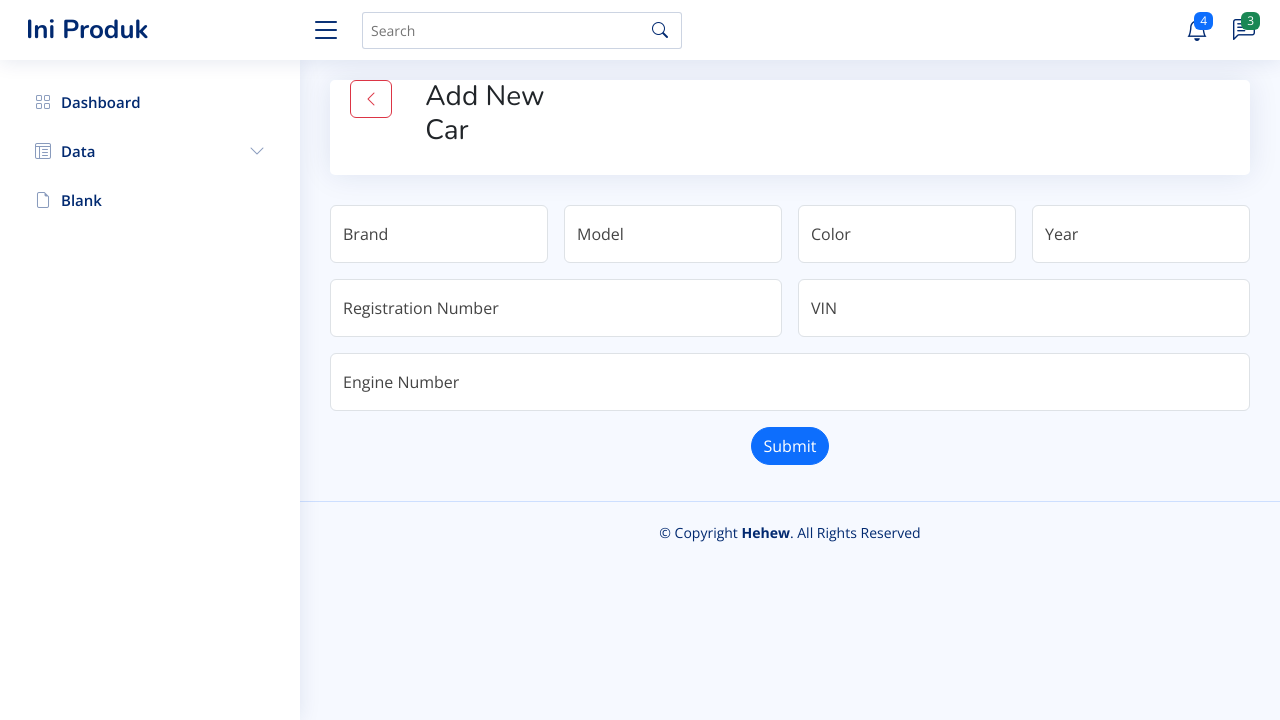
Repository: Jistoper/car_rental
Page: http://localhost/create
The author's editor kept a copy of each file at every save. The page is drawn from the files as they stood at one save, then again after the next save.
The browser window is 1280 px wide. The pictures show the whole page.
The page is served by the project's Laravel application, run on PHP 8.4 with Laravel 9. Other server files are loaded and not shown.

Above is the page before, as saved 2023-06-25 15:18:27.

### routes/web.php
<?php

use Illuminate\Support\Facades\Route;
use App\Http\Controllers\carcontroller;

/*
|--------------------------------------------------------------------------
| Web Routes
|--------------------------------------------------------------------------
|
| Here is where you can register web routes for your application. These
| routes are loaded by the RouteServiceProvider within a group which
| contains the "web" middleware group. Now create something great!
|
*/

Route::get('/dashboard', function () {
    return view('backsite.dashboard');
})->name('dashboard');

Route::controller(CarController::class)->as('car.')->group(function(){
    Route::get('/car', 'getall')->name('getall');
    Route::get('/create', 'create')->name('create');
    Route::post('/create', 'storeCar')->name('store');
    Route::get('/edit', 'editView')->name('edit');
    Route::post('/edit', 'storeEdit')->name('storeEdit');
    Route::delete('/{$car_id}', 'delete')->name('delete');

    Route::get('/rent', 'getList')->name('getList');
    Route::get('/rent_car', 'rentView')->name('rentView');
    Route::post('/car/rent/{$car_id}', 'storeRent')->name('storeRent');
});

### app/Http/Controllers/carcontroller.php
<?php

namespace App\Http\Controllers;

use Illuminate\Http\Request;
use Illuminate\Support\Facades\Http;
use Illuminate\Support\Facades\View;


class CarController extends Controller
{
    // Start Car Data---------------------------------------------------------------------------------------
    public function getall()
    {
        $response = Http::get('http://localhost:8080/api/cars');
        $cars = json_decode($response, true);

        return view('backsite.content.car.cartable', ['Cars' => $cars['Cars']]);
    }

    public function create()
    {
        return view('backsite.content.car.createcar');
    }

    public function storeCar(Request $request)
    {
        $data = [
            "brand" => $request->brand,
            "model" => $request->model,
            "year" => intval($request->year),
            "registration_number" => $request->registration_number,
            "vin" => $request->vin,
            "engine_number" => $request->engine_number,
            "color" => $request->color,
            "is_available" => true
        ];

        $token = "eyJhbGciOiJIUzI1NiIsInR5cCI6IkpXVCJ9.eyJleHAiOjE2ODkxNjgwMjMsInN1YiI6InRlc3QxMiJ9.-ezLSqJzIuUbum_p1NXeInNHkG953SP_4fMdbOgrlUo"; // Replace with your actual auth token

        $response = Http::withHeaders([
            "Authorization" => "Bearer " . $token,
            "Content-Type" => "application/json",
        ])->post('http://localhost:8080/api/cars', $data);

        return redirect()->route('car.getall');
    }

    public function editView(Request $request)
    {
        $data = [
            "car_id" => $request->car_id,
            "brand" => $request->brand,
            "model" => $request->model,
            "year" => $request->year,
            "registration_number" => $request->registration_number,
            "vin" => $request->vin,
            "engine_number" => $request->engine_number,
            "color" => $request->color,
        ];

        return view('backsite.content.car.editcar')->with('data', $data);
    }

    public function storeEdit(Request $request)
    {
        $car_id = $request->input('car_id');

        $data = [
            "brand" => $request->brand,
            "model" => $request->model,
            "year" => intval($request->year),
            "registration_number" => $request->registration_number,
            "vin" => $request->vin,
            "engine_number" => $request->engine_number,
            "color" => $request->color,
            "is_available" => true
        ];

        $token = "eyJhbGciOiJIUzI1NiIsInR5cCI6IkpXVCJ9.eyJleHAiOjE2ODkxNjgwMjMsInN1YiI6InRlc3QxMiJ9.-ezLSqJzIuUbum_p1NXeInNHkG953SP_4fMdbOgrlUo"; // Replace with your actual auth token

        $response = Http::withHeaders([
            "Authorization" => "Bearer " . $token,
            "Content-Type" => "application/json",
        ])->put('http://localhost:8080/api/cars/' . $car_id, $data);

        return redirect()->route('car.getall');
    }

    public function delete(Request $request)
    {
        $car_id = $request->input('car_id');

        $data = [
            "id" => $car_id,
        ];

        $token = "eyJhbGciOiJIUzI1NiIsInR5cCI6IkpXVCJ9.eyJleHAiOjE2ODkxNjgwMjMsInN1YiI6InRlc3QxMiJ9.-ezLSqJzIuUbum_p1NXeInNHkG953SP_4fMdbOgrlUo";

        $response = Http::withHeaders([
            "Authorization" => "Bearer " . $token,
            "Content-Type" => "application/json",
        ])->delete('http://localhost:8080/api/cars', $data);

        return redirect()->back()->with('success', 'Car data deleted successfully.');
    }
    // End Car Data

    // Start Rent Data----------------------------------------------------------------------------------
    public function getList()
    {
        $response = Http::get('http://localhost:8080/api/cars');
        $cars = json_decode($response, true);

        return view('backsite.content.rent.renttable', ['Cars' => $cars['Cars']]);
    }

    public function rentView(Request $request)
    {
        $data = [
            "car_id" => $request->car_id,
            "brand" => $request->brand,
            "model" => $request->model,
            "registration_number" => $request->registration_number,
            "color" => $request->color,
        ];

        return view('backsite.content.rent.createrent')->with('data', $data);
    }

    public function storeRent(Request $request)
    {
        $data = [
            "user_id" => 2,
            "car_id" => $request->input('car_id'),
            "usage_region" => $request->usage_region,
            "rental_date" => $request->registration_number,
            "return_date" => $request->vin,
            "total_price" => $request->total_price,
            "is_completed" => false
        ];

        $token = "eyJhbGciOiJIUzI1NiIsInR5cCI6IkpXVCJ9.eyJleHAiOjE2ODkxNjgwMjMsInN1YiI6InRlc3QxMiJ9.-ezLSqJzIuUbum_p1NXeInNHkG953SP_4fMdbOgrlUo"; // Replace with your actual auth token

        $response = Http::withHeaders([
            "Authorization" => "Bearer " . $token,
            "Content-Type" => "application/json",
        ])->put('http://localhost:8080/api/cars/' . $car_id, $data);

        return redirect()->route('car.getlist');
    }
    // End Rent Data
}

### resources/views/backsite/content/car/createcar.blade.php
@extends('backsite.dashboard')

@section('content')

<div>
    <div class="card">
      <div class="card-body row items-center">
        <div class="col-md-1">
          <button type="button" href="{{ route('car.getall') }}" class="btn btn-outline-danger bi-chevron-left"></button>
        </div>
        <h3 class="col-md-2">Add New Car</h3>
      </div>
    </div>
    <form action="{{ route('car.store') }}" method="POST" class="row g-3">
        @csrf
        <div class="col-md-3">
            <div class="form-floating">
                <input type="text" name="brand" id="brand" class="form-control @error('brand') border-red-500 @enderror" value="{{ old('brand') }}" placeholder="Brand">
                <label for="brand">Brand</label>
            </div>
        </div>
        <div class="col-md-3">
            <div class="form-floating">
              <input type="text" name="model" id="model" class="form-control @error('model') border-red-500 @enderror" value="{{ old('model') }}" placeholder="Model">
              <label for="model">Model</label>
            </div>
        </div>
        <div class="col-md-3">
            <div class="form-floating">
                <input type="text" name="color" id="color" class="form-control @error('color') border-red-500 @enderror" value="{{ old('color') }}" placeholder="Color">
                <label for="color">Color</label>
            </div>
        </div>
        <div class="col-md-3">
            <div class="form-floating">
                <input type="text" name="year" id="year" class="form-control @error('year') border-red-500 @enderror" value="{{ old('year') }}" placeholder="Year">
                <label for="year">Year</label>
            </div>
        </div>
        <div class="col-md-6">
          <div class="form-floating">
            <input type="text" name="registration_number" id="registration_number" class="form-control @error('registration_number') border-red-500 @enderror" value="{{ old('registration_number') }}" placeholder="Registration Number">
            <label for="registration_number">Registration Number</label>
          </div>
        </div>
        <div class="col-md-6">
          <div class="col-md-12">
            <div class="form-floating">
                <input type="text" name="vin" id="vin" class="form-control @error('vin') border-red-500 @enderror" value="{{ old('vin') }}" placeholder="VIN">
              <label for="vin">VIN</label>
            </div>
          </div>
        </div>
        <div class="col-md-12">
          <div class="form-floating">
            <input type="text" name="engine_number" id="engine_number" class="form-control @error('engine_number') border-red-500 @enderror" value="{{ old('engine_number') }}" placeholder="Engine Number">
            <label for="engine_number">Engine Number</label>
          </div>
        </div>
        <div class="text-center mb-3">
            <button class="btn btn-primary rounded-pill" onclick="getContent()" type="submit">
                <span>
                    Submit
                </span>
            </button>
        </div>
      </form><!-- End floating Labels Form -->
</div>

@endsection

### resources/views/backsite/partials/sidebar.blade.php
<aside id="sidebar" class="sidebar">

    <ul class="sidebar-nav" id="sidebar-nav">

      <li class="nav-item">
        <a class="nav-link collapsed" href="{{ route('dashboard') }}">
          <i class="bi bi-grid"></i>
          <span>Dashboard</span>
        </a>
      </li><!-- End Dashboard Nav -->

      <li class="nav-item">
        <a class="nav-link collapsed" data-bs-target="#tables-nav" data-bs-toggle="collapse" href="#">
          <i class="bi bi-layout-text-window-reverse"></i><span>Data</span><i class="bi bi-chevron-down ms-auto"></i>
        </a>
        <ul id="tables-nav" class="nav-content collapse " data-bs-parent="#sidebar-nav">
          <li>
            <a href="{{ route('car.getall') }}">
              <i class="bi bi-circle"></i><span>Cars</span>
            </a>
          </li>
          <li>
            <a href="{{ route('car.getList') }}">
              <i class="bi bi-circle"></i><span>Rental</span>
            </a>
          </li>
        </ul>
      </li><!-- End Tables Nav -->

      {{-- <li class="nav-item">
        <a class="nav-link collapsed" data-bs-target="#forms-nav" data-bs-toggle="collapse" href="#">
          <i class="bi bi-journal-text"></i><span>Forms</span><i class="bi bi-chevron-down ms-auto"></i>
        </a>
        <ul id="forms-nav" class="nav-content collapse " data-bs-parent="#sidebar-nav">
          <li>
            <a href="forms-elements.html">
              <i class="bi bi-circle"></i><span>Form Elements</span>
            </a>
          </li>
          <li>
            <a href="forms-layouts.html">
              <i class="bi bi-circle"></i><span>Form Layouts</span>
            </a>
          </li>
          <li>
            <a href="forms-editors.html">
              <i class="bi bi-circle"></i><span>Form Editors</span>
            </a>
          </li>
          <li>
            <a href="forms-validation.html">
              <i class="bi bi-circle"></i><span>Form Validation</span>
            </a>
          </li>
        </ul>
      </li>

      <li class="nav-item">
        <a class="nav-link collapsed" data-bs-target="#icons-nav" data-bs-toggle="collapse" href="#">
          <i class="bi bi-gem"></i><span>Icons</span><i class="bi bi-chevron-down ms-auto"></i>
        </a>
        <ul id="icons-nav" class="nav-content collapse " data-bs-parent="#sidebar-nav">
          <li>
            <a href="icons-bootstrap.html">
              <i class="bi bi-circle"></i><span>Bootstrap Icons</span>
            </a>
          </li>
          <li>
            <a href="icons-remix.html">
              <i class="bi bi-circle"></i><span>Remix Icons</span>
            </a>
          </li>
          <li>
            <a href="icons-boxicons.html">
              <i class="bi bi-circle"></i><span>Boxicons</span>
            </a>
          </li>
        </ul>
      </li>

      <li class="nav-heading">Pages</li>

      <li class="nav-item">
        <a class="nav-link collapsed" href="users-profile.html">
          <i class="bi bi-person"></i>
          <span>Profile</span>
        </a>
      </li>

      <li class="nav-item">
        <a class="nav-link collapsed" href="pages-faq.html">
          <i class="bi bi-question-circle"></i>
          <span>F.A.Q</span>
        </a>
      </li>

      <li class="nav-item">
        <a class="nav-link collapsed" href="pages-contact.html">
          <i class="bi bi-envelope"></i>
          <span>Contact</span>
        </a>
      </li>

      <li class="nav-item">
        <a class="nav-link collapsed" href="pages-register.html">
          <i class="bi bi-card-list"></i>
          <span>Register</span>
        </a>
      </li>

      <li class="nav-item">
        <a class="nav-link collapsed" href="pages-login.html">
          <i class="bi bi-box-arrow-in-right"></i>
          <span>Login</span>
        </a>
      </li>

      <li class="nav-item">
        <a class="nav-link collapsed" href="pages-error-404.html">
          <i class="bi bi-dash-circle"></i>
          <span>Error 404</span>
        </a>
      </li> --}}

      <li class="nav-item">
        <a class="nav-link collapsed" href="pages-blank.html">
          <i class="bi bi-file-earmark"></i>
          <span>Blank</span>
        </a>
      </li>

    </ul>

  </aside><!-- End Sidebar-->

### public/assets/simple-datatables/style.css
.datatable-wrapper.no-header .datatable-container {
	border-top: 1px solid #d9d9d9;
}

.datatable-wrapper.no-footer .datatable-container {
	border-bottom: 1px solid #d9d9d9;
}

.datatable-top,
.datatable-bottom {
	padding: 8px 10px;
}

.datatable-top > nav:first-child,
.datatable-top > div:first-child,
.datatable-bottom > nav:first-child,
.datatable-bottom > div:first-child {
	float: left;
}

.datatable-top > nav:last-child,
.datatable-top > div:last-child,
.datatable-bottom > nav:last-child,
.datatable-bottom > div:last-child {
	float: right;
}

.datatable-selector {
	padding: 6px;
}

.datatable-input {
	padding: 6px 12px;
}

.datatable-info {
	margin: 7px 0;
}

/* PAGER */
.datatable-pagination ul {
	margin: 0;
	padding-left: 0;
}

.datatable-pagination li {
	list-style: none;
	float: left;
}

.datatable-pagination li.datatable-hidden {
    visibility: hidden;
}

.datatable-pagination a {
	border: 1px solid transparent;
	float: left;
	margin-left: 2px;
	padding: 6px 12px;
	position: relative;
	text-decoration: none;
	color: #333;
    cursor: pointer;
}

.datatable-pagination a:hover {
	background-color: #d9d9d9;
}

.datatable-pagination .datatable-active a,
.datatable-pagination .datatable-active a:focus,
.datatable-pagination .datatable-active a:hover {
	background-color: #d9d9d9;
	cursor: default;
}

.datatable-pagination .datatable-ellipsis a,
.datatable-pagination .datatable-disabled a,
.datatable-pagination .datatable-disabled a:focus,
.datatable-pagination .datatable-disabled a:hover {
    pointer-events: none;
    cursor: default;
}

.datatable-pagination .datatable-disabled a,
.datatable-pagination .datatable-disabled a:focus,
.datatable-pagination .datatable-disabled a:hover {
	cursor: not-allowed;
	opacity: 0.4;
}

.datatable-pagination .datatable-pagination a {
	font-weight: bold;
}

/* TABLE */
.datatable-table {
	max-width: 100%;
	width: 100%;
	border-spacing: 0;
	border-collapse: separate;
}

.datatable-table > tbody > tr > td,
.datatable-table > tbody > tr > th,
.datatable-table > tfoot > tr > td,
.datatable-table > tfoot > tr > th,
.datatable-table > thead > tr > td,
.datatable-table > thead > tr > th {
	vertical-align: top;
	padding: 8px 10px;
}

.datatable-table > thead > tr > th {
	vertical-align: bottom;
	text-align: left;
	border-bottom: 1px solid #d9d9d9;
}

.datatable-table > tfoot > tr > th {
	vertical-align: bottom;
	text-align: left;
	border-top: 1px solid #d9d9d9;
}

.datatable-table th {
	vertical-align: bottom;
	text-align: left;
}

.datatable-table th a {
	text-decoration: none;
	color: inherit;
}

.datatable-sorter, .datatable-filter {
	display: inline-block;
	height: 100%;
	position: relative;
	width: 100%;
}

.datatable-sorter::before,
.datatable-sorter::after {
	content: "";
	height: 0;
	width: 0;
	position: absolute;
	right: 4px;
	border-left: 4px solid transparent;
	border-right: 4px solid transparent;
	opacity: 0.2;
}


.datatable-sorter::before {
	border-top: 4px solid #000;
	bottom: 0px;
}

.datatable-sorter::after {
	border-bottom: 4px solid #000;
	border-top: 4px solid transparent;
	top: 0px;
}

.datatable-ascending .datatable-sorter::after,
.datatable-descending .datatable-sorter::before,
.datatable-ascending .datatable-filter::after,
.datatable-descending .datatable-filter::before {
	opacity: 0.6;
}

.datatable-filter::before {
    content: "";
    position: absolute;
    right: 4px;
    opacity: 0.2;
    width: 0;
    height: 0;
    border-left: 7px solid transparent;
    border-right: 7px solid transparent;
	border-radius: 50%;
    border-top: 10px solid #000;
    top: 25%;
}

.datatable-filter-active .datatable-filter::before {
    opacity: 0.6;
}

.datatable-empty {
	text-align: center;
}

.datatable-top::after, .datatable-bottom::after {
	clear: both;
	content: " ";
	display: table;
}

table.datatable-table:focus tr.datatable-cursor > td:first-child {
	border-left: 3px blue solid;
}

table.datatable-table:focus {
	outline: solid 1px black;
    outline-offset: -1px;
}

Loaded but not shown: app/Http/Controllers/Controller.php (common file); public/assets/bootstrap/css/bootstrap.min.css (library); public/assets/bootstrap-icons/bootstrap-icons.css (library); public/assets/boxicons/css/boxicons.min.css (library); public/assets/apexcharts/apexcharts.min.js (library); public/assets/bootstrap/js/bootstrap.bundle.min.js (library); public/assets/chart.js/chart.umd.js (library); public/assets/echarts/echarts.min.js (library); public/assets/quill/quill.min.js (library); public/assets/simple-datatables/simple-datatables.js (library); public/assets/tinymce/tinymce.min.js (library); public/js/main.js (321 lines, source omitted); public/assets/php-email-form/validate.js (85 lines, source omitted); public/assets/remixicon/remixicon.css (2526 lines, source omitted); resources/views/backsite/dashboard.blade.php (740 lines, source omitted); public/assets/quill/quill.bubble.css (952 lines, source omitted); public/assets/quill/quill.snow.css (945 lines, source omitted); public/css/style.css (1233 lines, source omitted); resources/views/backsite/partials/header.blade.php (225 lines, source omitted)

After the next save:
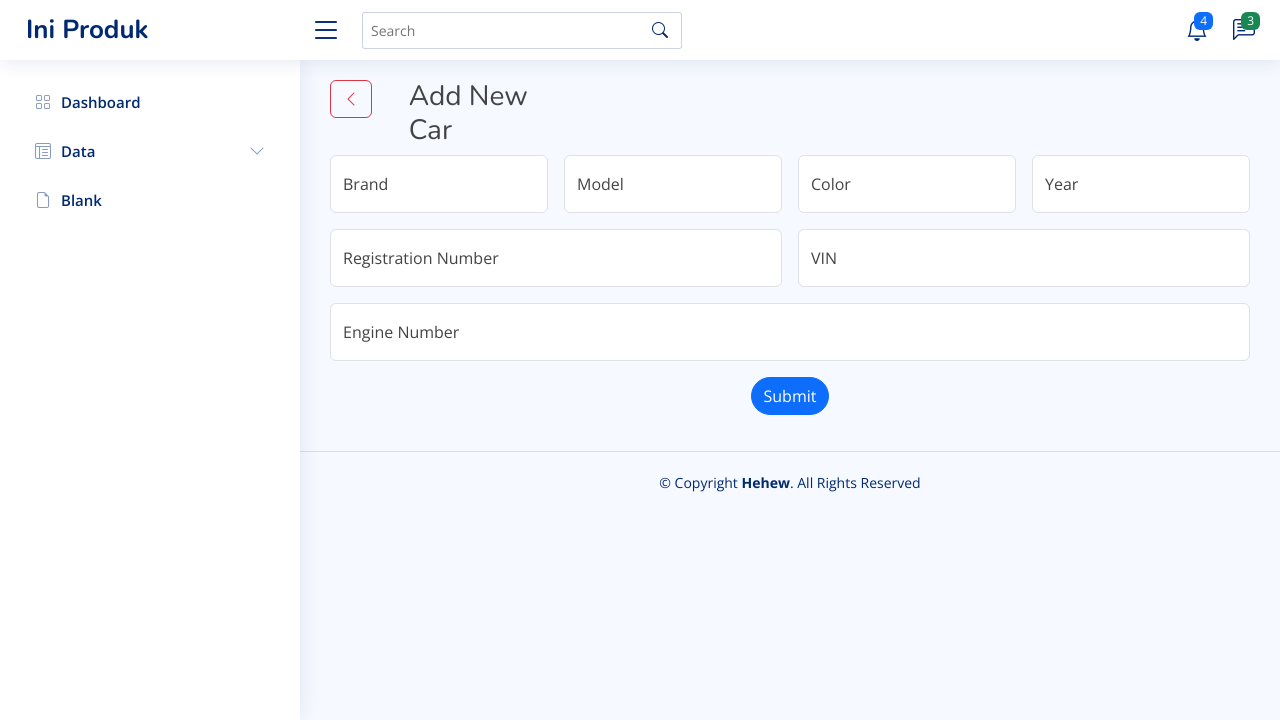
Saved 36 s later.
--- a/resources/views/backsite/content/car/createcar.blade.php
+++ b/resources/views/backsite/content/car/createcar.blade.php
@@ -3,13 +3,11 @@
 @section('content')
 
 <div>
-    <div class="card">
-      <div class="card-body row items-center">
-        <div class="col-md-1">
-          <button type="button" href="{{ route('car.getall') }}" class="btn btn-outline-danger bi-chevron-left"></button>
-        </div>
-        <h3 class="col-md-2">Add New Car</h3>
+    <div class="row">
+      <div class="col-md-1">
+        <button type="button" href="{{ route('car.getall') }}" class="btn btn-outline-danger bi-chevron-left"></button>
       </div>
+      <h3 class="col-md-2">Add New Car</h3>
     </div>
     <form action="{{ route('car.store') }}" method="POST" class="row g-3">
         @csrf
